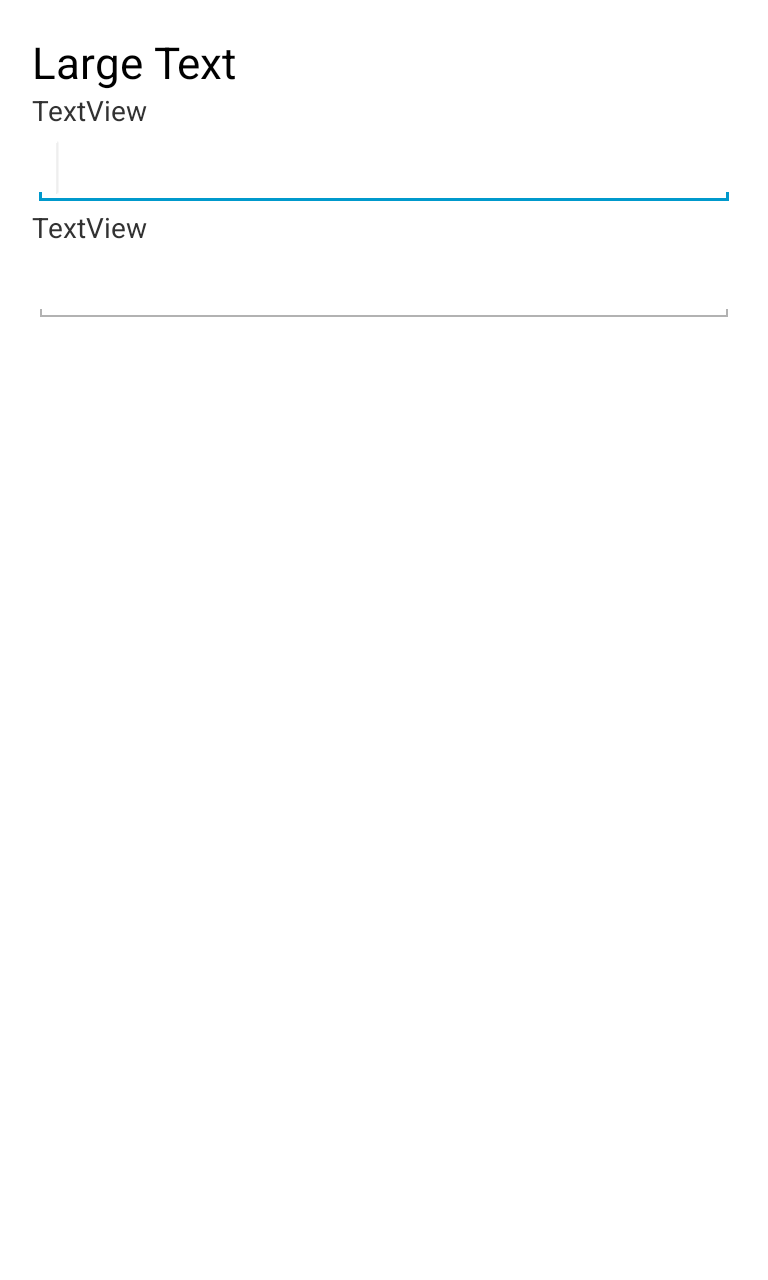
Repository: Sharkeysps/AndroidProjects
Layout: AndroidQuiz/Quiz/res/layout/register_user_activity.xml
An editor plug-in stored every save of this project. The layout is shown before and after the next save, followed by the edit.
It is drawn on a 768 x 1280 px phone screen (xhdpi) without system bars, with theme AppTheme; the app's code is not run.

Above is the layout before, as saved 2014-02-01 04:56:35.

### AndroidQuiz/Quiz/res/layout/register_user_activity.xml
<LinearLayout xmlns:android="http://schemas.android.com/apk/res/android"
    xmlns:tools="http://schemas.android.com/tools"
    android:layout_width="match_parent"
    android:layout_height="match_parent"
    android:paddingBottom="@dimen/activity_vertical_margin"
    android:paddingLeft="@dimen/activity_horizontal_margin"
    android:paddingRight="@dimen/activity_horizontal_margin"
    android:paddingTop="@dimen/activity_vertical_margin"
    tools:context=".RegisterUserActivity" >

    <LinearLayout
        android:layout_width="wrap_content"
        android:layout_height="match_parent"
        android:layout_weight="0.90"
        android:orientation="vertical" >

        <TextView
            android:id="@+id/textView1"
            android:layout_width="wrap_content"
            android:layout_height="wrap_content"
            android:text="Large Text"
            android:textAppearance="?android:attr/textAppearanceLarge" />

        <TextView
            android:id="@+id/textView2"
            android:layout_width="wrap_content"
            android:layout_height="wrap_content"
            android:text="TextView" />

        <EditText
            android:id="@+id/editText1"
            android:layout_width="match_parent"
            android:layout_height="wrap_content"
            android:ems="10" >

            <requestFocus />
        </EditText>

        <TextView
            android:id="@+id/textView3"
            android:layout_width="wrap_content"
            android:layout_height="wrap_content"
            android:text="TextView" />

        <EditText
            android:id="@+id/editText2"
            android:layout_width="match_parent"
            android:layout_height="wrap_content"
            android:ems="10"
            android:inputType="textPassword" />



    </LinearLayout>

</LinearLayout>

Loaded but not shown: AndroidQuiz/Quiz/res/values/styles.xml (common file); AndroidQuiz/Quiz/res/values-v11/styles.xml (common file); AndroidQuiz/Quiz/res/values-v14/styles.xml (common file); AndroidQuiz/Quiz/res/values/dimens.xml (common file)

After the next save:
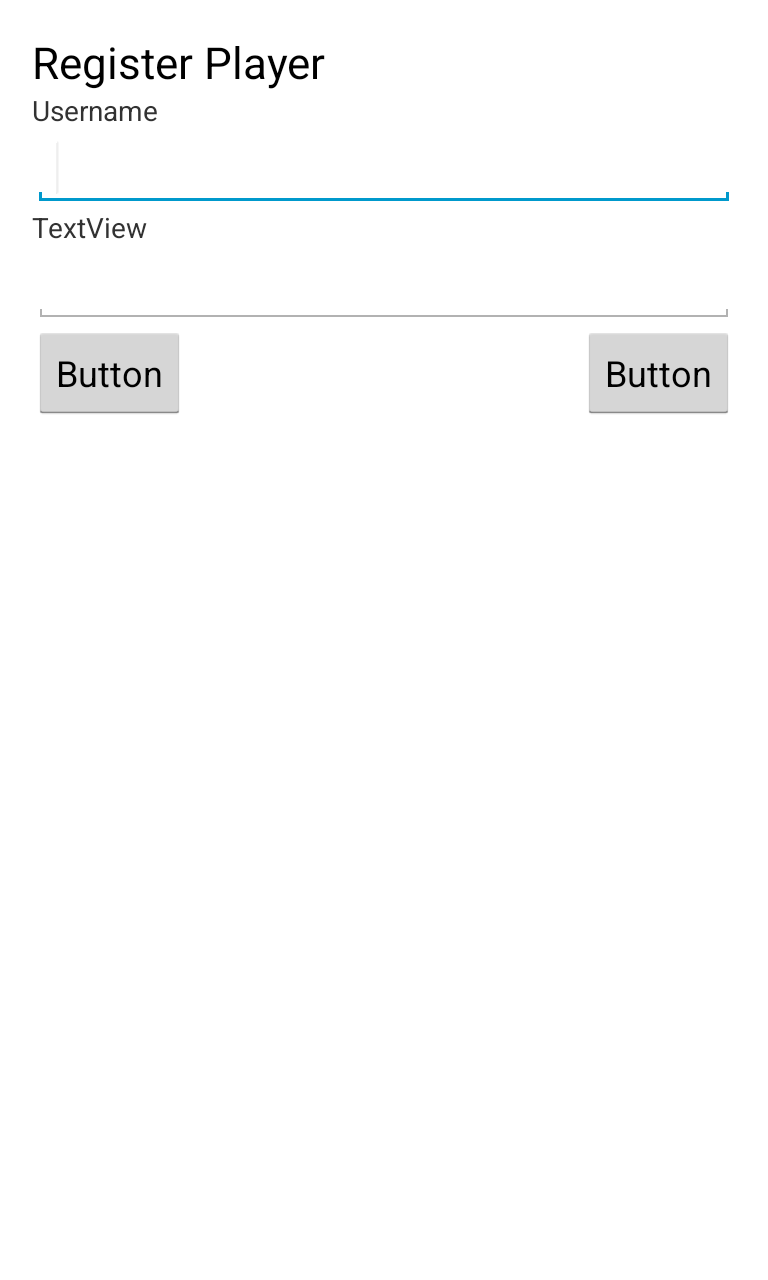
Saved 70 s later.
--- a/AndroidQuiz/Quiz/res/layout/register_user_activity.xml
+++ b/AndroidQuiz/Quiz/res/layout/register_user_activity.xml
@@ -15,20 +15,20 @@
         android:orientation="vertical" >
 
         <TextView
-            android:id="@+id/textView1"
+            android:id="@+id/addUserText"
             android:layout_width="wrap_content"
             android:layout_height="wrap_content"
-            android:text="Large Text"
+            android:text="Register Player"
             android:textAppearance="?android:attr/textAppearanceLarge" />
 
         <TextView
             android:id="@+id/textView2"
             android:layout_width="wrap_content"
             android:layout_height="wrap_content"
-            android:text="TextView" />
+            android:text="Username" />
 
         <EditText
-            android:id="@+id/editText1"
+            android:id="@+id/registerUsername"
             android:layout_width="match_parent"
             android:layout_height="wrap_content"
             android:ems="10" >
@@ -49,8 +49,28 @@
             android:ems="10"
             android:inputType="textPassword" />
 
+        <RelativeLayout
+            android:layout_width="match_parent"
+            android:layout_height="wrap_content"
+            android:layout_weight="0.14" >
 
+            <Button
+                android:id="@+id/button1"
+                android:layout_width="wrap_content"
+                android:layout_height="wrap_content"
+                android:layout_alignParentLeft="true"
+                android:layout_alignParentTop="true"
+                android:text="Button" />
 
+            <Button
+                android:id="@+id/button2"
+                android:layout_width="wrap_content"
+                android:layout_height="wrap_content"
+                android:layout_alignParentRight="true"
+                android:layout_alignParentTop="true"
+                android:text="Button" />
+
+        </RelativeLayout>
     </LinearLayout>
 
 </LinearLayout>
